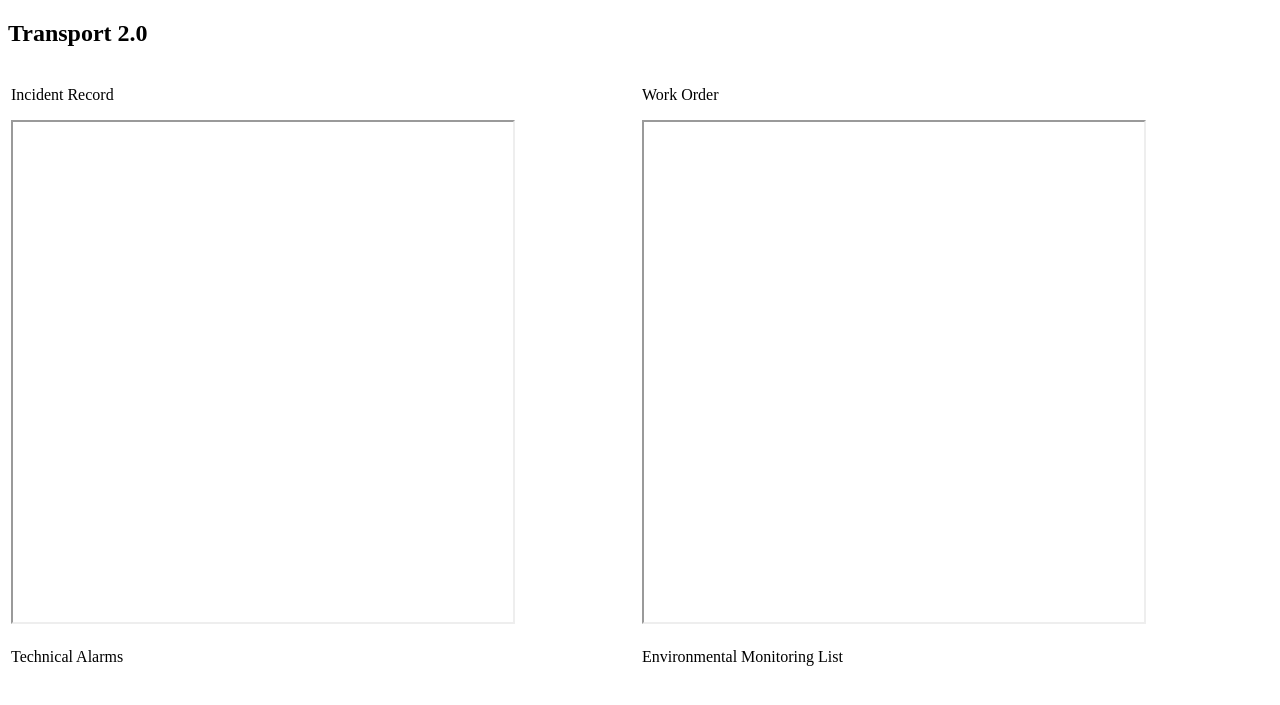
Repository: manjuladevadoss/DemoProject
Page: Eclipseworkspace/DemoPro/html/CCDisplay.html
An editor plug-in stored every save of this project. The page is shown before and after the next save, followed by the edit.
The browser window is 1280 px wide. The pictures show the whole page.

Above is the page before, as saved 2019-02-19 09:27:35.

### Eclipseworkspace/DemoPro/html/CCDisplay.html
<!DOCTYPE html>
<html>
<head>
<link rel="stylesheet" href="https://cdnjs.cloudflare.com/ajax/libs/font-awesome/4.7.0/css/font-awesome.min.css">
</head>
<body>

<h2>Transport 2.0</h2>
<table width="100%">
<tr>
	<td>
  <p>Incident Record</p>
   <iframe src="C:/Users/mdevadoss/workspace/DemoPro/html/incidentDisplayTbl.html"  width="500" height="500"></iframe>
 </td>
	<td>
  <p>Work Order</p>
  <iframe src="C:/Users/mdevadoss/workspace/DemoPro/html/incidentDisplayTbl.html"  width="500" height="500"></iframe>
  </td>
</tr>
<tr>
	<td>
    <p>Technical Alarms</p>
</td>
	<td>
    <p>Environmental Monitoring List</p>
 </td>
</tr>
</table>


</body>
</html>

After the next save:
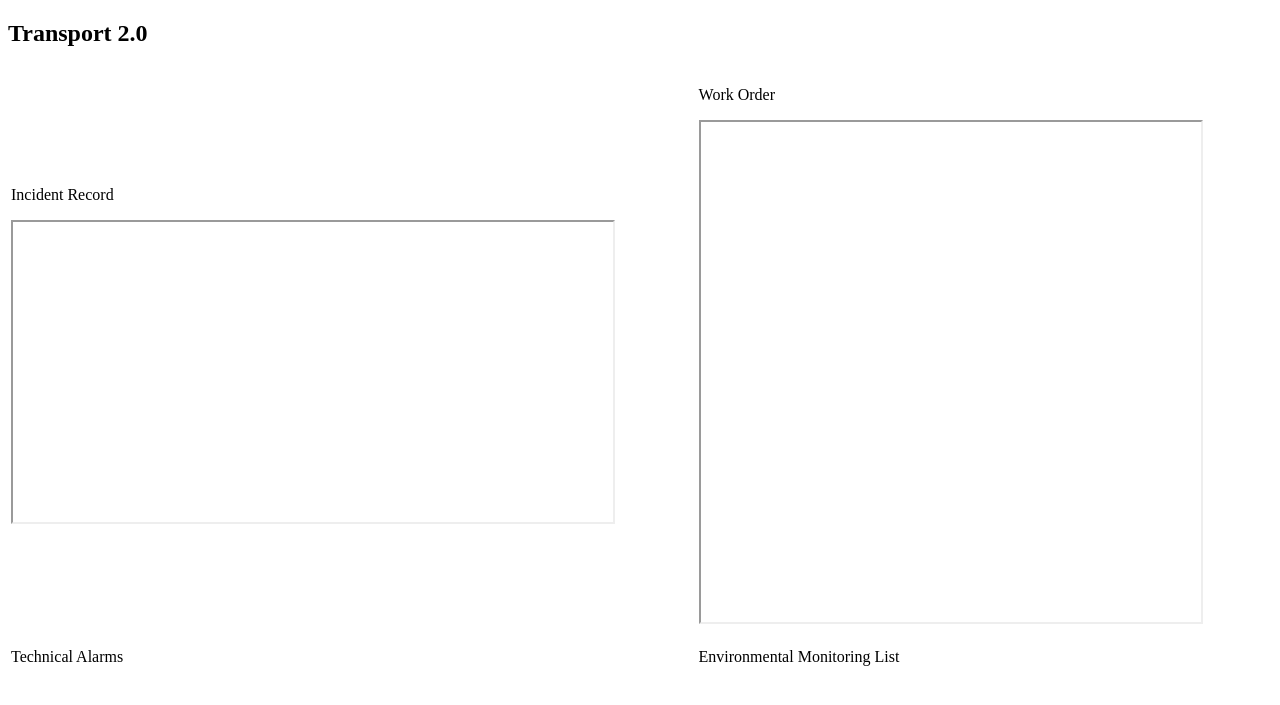
Saved 31 s later.
--- a/Eclipseworkspace/DemoPro/html/CCDisplay.html
+++ b/Eclipseworkspace/DemoPro/html/CCDisplay.html
@@ -10,7 +10,7 @@
 <tr>
 	<td>
   <p>Incident Record</p>
-   <iframe src="C:/Users/mdevadoss/workspace/DemoPro/html/incidentDisplayTbl.html"  width="500" height="500"></iframe>
+   <iframe src="C:/Users/mdevadoss/workspace/DemoPro/html/incidentDisplayTbl.html"  width="600" height="300"></iframe>
  </td>
 	<td>
   <p>Work Order</p>
